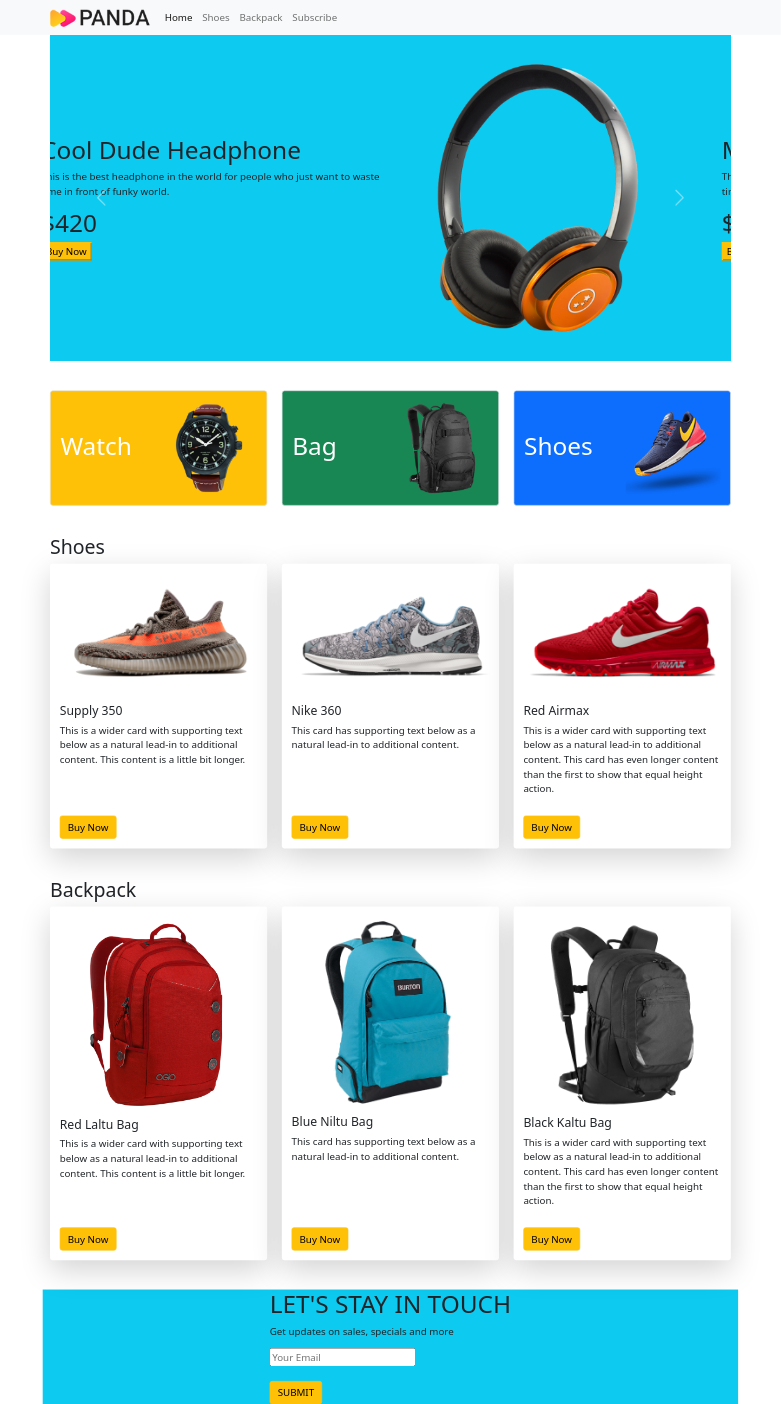
Repository: mdmohiddin/panda-commerce-rp
Page: index.html
An editor plug-in stored every save of this project. The page is shown before and after the next save, followed by the edit.
The browser window is 1280 px wide. The pictures show the whole page, at 61% of full size.

Above is the page before, as saved 2021-07-28 19:48:13.

After the next save:
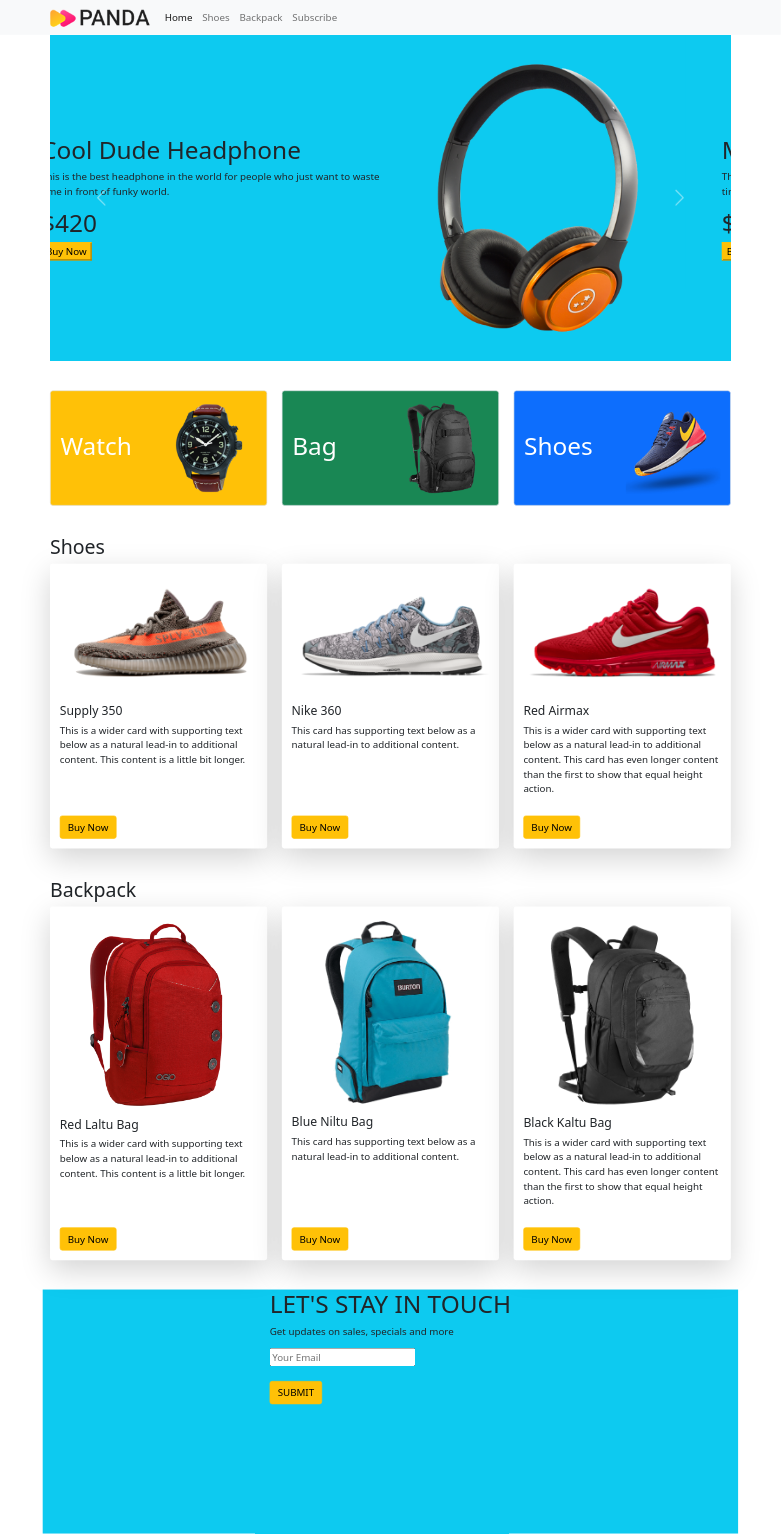
Saved 33 s later.
--- a/index.html
+++ b/index.html
@@ -228,7 +228,7 @@
         </section>
 
         <!-- Subscription -->
-        <section class="container d-flex justify-content-center bg-info">
+        <section style="height: 400px;" class="container d-flex justify-content-center bg-info">
             <div>
                 <h1>LET'S STAY IN TOUCH</h1>
                 <p>Get updates on sales, specials and more</p>
